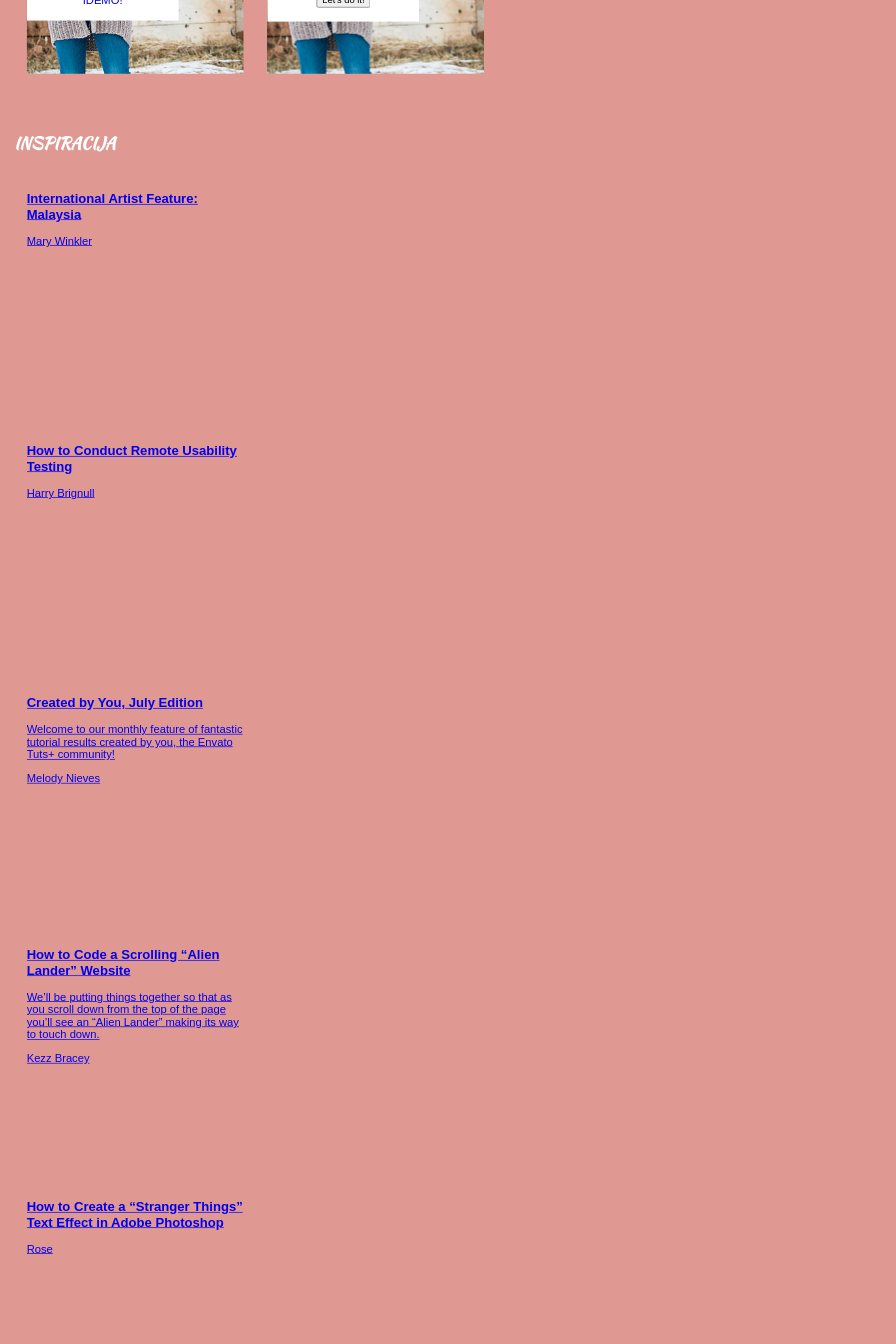
Repository: sdnc/Heklamo
Page: index.html
An editor plug-in stored every save of this project. The page is shown before and after the next save, followed by the edit.
The browser window is 1280 px wide. The pictures show the part of the page from y = 517 to 2437 px (the page is 3323 px tall before and 1394 px after), at 70% of full size.
Pictures or frames that could not be fetched are drawn as grey boxes.

Above is the page before, as saved 2020-12-24 17:01:40.
Console error: ReferenceError: $ is not defined

### index.html
<html>

<head>
  <meta charset="UTF-8" />
  <meta name="viewport" content="width=device-width, initial-scale=1.0" />
  <title>Heklamo</title>
  <link rel="preconnect" href="https://fonts.gstatic.com">
<link href="https://fonts.googleapis.com/css2?family=Kaushan+Script&display=swap" rel="stylesheet">
  <link href="https://maxcdn.bootstrapcdn.com/font-awesome/4.7.0/css/font-awesome.min.css" rel="stylesheet">
  <link rel="stylesheet" href="styles.css" />
  <script src="https://unpkg.com/vue@next" defer></script>
  <script src="app.js" defer></script>
</head>

<body>
  <!--1) -->
  <!--2) -->
  <section id="header">
    <h1 class="title">Hajmo heklati, ženo draga</h1>
  </section>
  <section class="nav">
    <ul>
      <li class="setove"><a href="#">Moje projekte</a></li>
      <li class="inspiracija"><a href="#">Inspiracija</a></li>
      <li class="kupi"><a href="#">Kupi alate</a></li>
    </ul>
  </section>
    <section id="sets" class="divider">
      <h3>MOJE PROJEKTE</h3>
    <div class="card">
      <div class="image">
        <img
          src="img/habitatcardigan.jpg" />
      </div>
      <div class="details">
        <div class="center">
          <h1>The Habitat Cardigan<br><span>Teškoća: 2/5</span></h1>
          <p>Treba ti:</p>
          <a href="#" class="button">IDEMO!</a>
        </div>
      </div>
    </div>

    <div class="card">
      <div class="image">
        <img src="img/habitatcardigan.jpg" />
      </div>
      <div class="details">
        <div class="center">
          <h1>The Habitat Cardigan<br><span>Difficulty: 2/5</span></h1>
          <p>You will need:</p>
          <button>Let's do it!</button>
        </div>
      </div>
    </div>
  </section>

  <section id="inspiration" class="divider">
    <h3>INSPIRACIJA</h3>

    <div class="band">
      <div class="item-1">
        <a href="https://design.tutsplus.com/articles/international-artist-feature-malaysia--cms-26852" class="card">
          <div class="thumb" style="background-image: url(https://s3-us-west-2.amazonaws.com/s.cdpn.io/210284/flex-1.jpg);"></div>
          <article>
            <h1>International Artist Feature: Malaysia</h1>
            <span>Mary Winkler</span>
          </article>
        </a>
      </div>
      <div class="item-2">
        <a href="https://webdesign.tutsplus.com/articles/how-to-conduct-remote-usability-testing--cms-27045" class="card">
          <div class="thumb" style="background-image: url(https://s3-us-west-2.amazonaws.com/s.cdpn.io/210284/users-2.png);"></div>
          <article>
            <h1>How to Conduct Remote Usability Testing</h1>
            <span>Harry Brignull</span>
          </article>
        </a>
      </div>
      <div class="item-3">
        <a href="https://design.tutsplus.com/articles/envato-tuts-community-challenge-created-by-you-july-edition--cms-26724" class="card">
          <div class="thumb" style="background-image: url(https://s3-us-west-2.amazonaws.com/s.cdpn.io/210284/flex-5.jpg);"></div>
          <article>
            <h1>Created by You, July Edition</h1>
            <p>Welcome to our monthly feature of fantastic tutorial results created by you, the Envato Tuts+ community! </p>
            <span>Melody Nieves</span>
          </article>
        </a>
      </div>
      <div class="item-4">
        <a href="https://webdesign.tutsplus.com/tutorials/how-to-code-a-scrolling-alien-lander-website--cms-26826" class="card">
          <div class="thumb" style="background-image: url(https://s3-us-west-2.amazonaws.com/s.cdpn.io/210284/landing.png);"></div>
          <article>
            <h1>How to Code a Scrolling “Alien Lander” Website</h1>
            <p>We’ll be putting things together so that as you scroll down from the top of the page you’ll see an “Alien Lander” making its way to touch down.</p>
            <span>Kezz Bracey</span>
          </article>
        </a>
      </div>
      <div class="item-5">
        <a href="https://design.tutsplus.com/tutorials/stranger-things-inspired-text-effect--cms-27139" class="card">
          <div class="thumb" style="background-image: url(https://s3-us-west-2.amazonaws.com/s.cdpn.io/210284/strange.jpg);"></div>
          <article>
            <h1>How to Create a “Stranger Things” Text Effect in Adobe Photoshop</h1>
            <span>Rose</span>
          </article>
        </a>
      </div>
      <div class="item-6">
        <a href="https://photography.tutsplus.com/articles/5-inspirational-business-portraits-and-how-to-make-your-own--cms-27338" class="card">
          <div class="thumb" style="background-image: url(https://s3-us-west-2.amazonaws.com/s.cdpn.io/210284/flor.jpg);"></div>
          <article>
            <h1>5 Inspirational Business Portraits and How to Make Your Own</h1>

            <span>Marie Gardiner</span>
          </article>
        </a>
      </div>
      <div class="item-7">
        <a href="https://webdesign.tutsplus.com/articles/notes-from-behind-the-firewall-the-state-of-web-design-in-china--cms-22281" class="card">
          <div class="thumb" style="background-image: url(https://s3-us-west-2.amazonaws.com/s.cdpn.io/210284/china.png);"></div>
          <article>
            <h1>Notes From Behind the Firewall: The State of Web Design in China</h1>
            <span>Kendra Schaefer</span>
          </article>
        </a>
      </div>
    </div>

  </section>

  <section id="buy" class="divider">

  </section>

  <script>


  </script>
</body>

</html>

### styles.css
body {
  margin: 0;
  padding: 0;
  font-family: sans-serif;
  background-color: #e09992;
}

.divider {
  margin: 40px 0 30px 20px;
}

.title {
  font-family: "Kaushan Script", sans-serif;
  font-size: 48;
  margin: 20px 0 15px 10px;
  color: white;
  -webkit-text-stroke: 0.2px white;
}

h3 {
  font-family: "Kaushan Script", sans-serif;
  font-size: 24;
  color: white;

}
/* NAV BAR */

.nav ul {
  list-style: none;
  background-color: #444;
  text-align: center;
  padding: 0;
  margin: 0;
}
.nav li {
  font-family: 'Oswald', sans-serif;
}

.nav a {
  text-decoration: none;
  color: #e09992;
  display: block;
  transition: .3s background-color;
}

.nav a:hover {
  background-color: white;
}
/*
.nav a.active {
  background-color: #fff;
  color: #444;
  cursor: default;
} */

@media screen and (min-width: 600px) {
  .nav li {
    width: 120px;
    border-bottom: none;
    height: 50px;
    line-height: 50px;
    font-size: 1.4em;
  }

  /* Option 1 - Display Inline */
  .nav li {
    display: inline-block;
    margin-right: -4px;
  }

/* MY SETS - section */
.card {
  margin: 5px 15px;
  display: inline-block;
  transform: translate(1%,1%);
  width: 310px;
  height: 350px;
}
.image {
  width: 310px;
  height: 350px;
  overflow: hidden;
}
.card .image img {
  width: 100%;
  transition: .5s;
}
.card:hover .image img {
  opacity: .5;
  transform: translateX(30%);/*100%*/
}
.card .details {
  position: absolute;
  top: 0;
  left: 0;
  width: 70%;/*100%*/
  height: 89%;
  background: #7ca9e0;
  transition: .5s;
  transform-origin: left;
  transform: perspective(2000px) rotateY(-90deg);
}
.card:hover .details {
  transform: perspective(2000px) rotateY(0deg);
}
.card .details .center {
  padding: 20px;
  text-align: center;
  background: #fff;
  position: absolute;
  top: 50%;
  transform: translateY(-50%);
}
.card .details .center h1 {
  margin: 0;
  padding: 0;
  color: #435794;
  line-height: 20px;
  font-size: 20px;
  text-transform: uppercase;
  font-family: "Kaushan Script", sans-serif;
}
.card .details .center h1 span {
  font-size: 14px;
  color: #262626;
}
.card .details .center p {
  margin: 10px 0;
  padding: 0;
  color: #262626;
}

.button {
  text-decoration: none;
  border: 1px green;
}

/* INPIRATION SECTION */

### app.js
$('#recipeCarousel').carousel({
    interval: 10000
  })

  $('.carousel .carousel-item').each(function(){
      var minPerSlide = 3;
      var next = $(this).next();
      if (!next.length) {
      next = $(this).siblings(':first');
      }
      next.children(':first-child').clone().appendTo($(this));

      for (var i=0;i<minPerSlide;i++) {
          next=next.next();
          if (!next.length) {
              next = $(this).siblings(':first');
            }

          next.children(':first-child').clone().appendTo($(this));
        }
  });

After the next save:
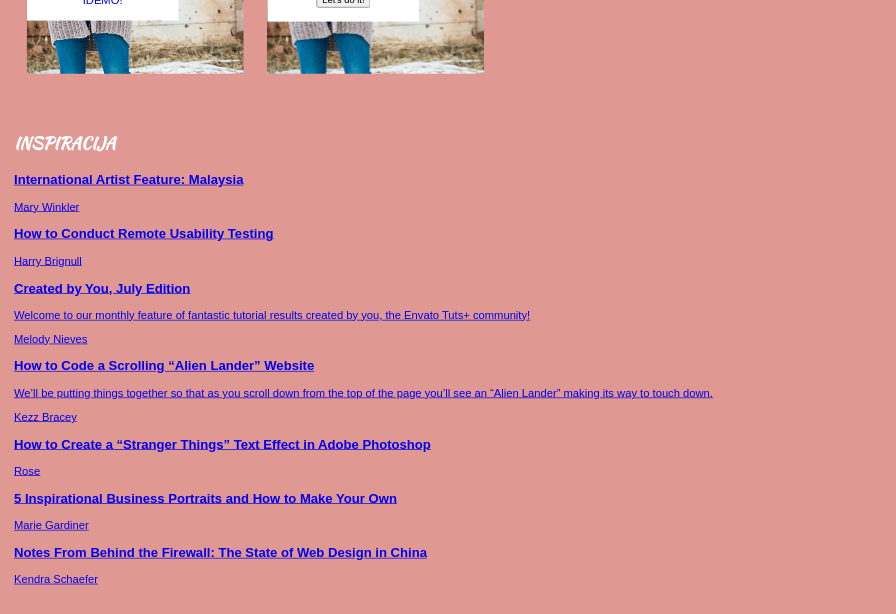
Saved 48 s later.
--- a/index.html
+++ b/index.html
@@ -60,7 +60,7 @@
 
     <div class="band">
       <div class="item-1">
-        <a href="https://design.tutsplus.com/articles/international-artist-feature-malaysia--cms-26852" class="card">
+        <a href="https://design.tutsplus.com/articles/international-artist-feature-malaysia--cms-26852" class="inspocard">
           <div class="thumb" style="background-image: url(https://s3-us-west-2.amazonaws.com/s.cdpn.io/210284/flex-1.jpg);"></div>
           <article>
             <h1>International Artist Feature: Malaysia</h1>
@@ -69,7 +69,7 @@
         </a>
       </div>
       <div class="item-2">
-        <a href="https://webdesign.tutsplus.com/articles/how-to-conduct-remote-usability-testing--cms-27045" class="card">
+        <a href="https://webdesign.tutsplus.com/articles/how-to-conduct-remote-usability-testing--cms-27045" class="inspocard">
           <div class="thumb" style="background-image: url(https://s3-us-west-2.amazonaws.com/s.cdpn.io/210284/users-2.png);"></div>
           <article>
             <h1>How to Conduct Remote Usability Testing</h1>
@@ -78,7 +78,7 @@
         </a>
       </div>
       <div class="item-3">
-        <a href="https://design.tutsplus.com/articles/envato-tuts-community-challenge-created-by-you-july-edition--cms-26724" class="card">
+        <a href="https://design.tutsplus.com/articles/envato-tuts-community-challenge-created-by-you-july-edition--cms-26724" class="inspocard">
           <div class="thumb" style="background-image: url(https://s3-us-west-2.amazonaws.com/s.cdpn.io/210284/flex-5.jpg);"></div>
           <article>
             <h1>Created by You, July Edition</h1>
@@ -88,7 +88,7 @@
         </a>
       </div>
       <div class="item-4">
-        <a href="https://webdesign.tutsplus.com/tutorials/how-to-code-a-scrolling-alien-lander-website--cms-26826" class="card">
+        <a href="https://webdesign.tutsplus.com/tutorials/how-to-code-a-scrolling-alien-lander-website--cms-26826" class="inspocard">
           <div class="thumb" style="background-image: url(https://s3-us-west-2.amazonaws.com/s.cdpn.io/210284/landing.png);"></div>
           <article>
             <h1>How to Code a Scrolling “Alien Lander” Website</h1>
@@ -98,7 +98,7 @@
         </a>
       </div>
       <div class="item-5">
-        <a href="https://design.tutsplus.com/tutorials/stranger-things-inspired-text-effect--cms-27139" class="card">
+        <a href="https://design.tutsplus.com/tutorials/stranger-things-inspired-text-effect--cms-27139" class="inspocard">
           <div class="thumb" style="background-image: url(https://s3-us-west-2.amazonaws.com/s.cdpn.io/210284/strange.jpg);"></div>
           <article>
             <h1>How to Create a “Stranger Things” Text Effect in Adobe Photoshop</h1>
@@ -107,7 +107,7 @@
         </a>
       </div>
       <div class="item-6">
-        <a href="https://photography.tutsplus.com/articles/5-inspirational-business-portraits-and-how-to-make-your-own--cms-27338" class="card">
+        <a href="https://photography.tutsplus.com/articles/5-inspirational-business-portraits-and-how-to-make-your-own--cms-27338" class="inspocard">
           <div class="thumb" style="background-image: url(https://s3-us-west-2.amazonaws.com/s.cdpn.io/210284/flor.jpg);"></div>
           <article>
             <h1>5 Inspirational Business Portraits and How to Make Your Own</h1>
@@ -117,7 +117,7 @@
         </a>
       </div>
       <div class="item-7">
-        <a href="https://webdesign.tutsplus.com/articles/notes-from-behind-the-firewall-the-state-of-web-design-in-china--cms-22281" class="card">
+        <a href="https://webdesign.tutsplus.com/articles/notes-from-behind-the-firewall-the-state-of-web-design-in-china--cms-22281" class="inspocard">
           <div class="thumb" style="background-image: url(https://s3-us-west-2.amazonaws.com/s.cdpn.io/210284/china.png);"></div>
           <article>
             <h1>Notes From Behind the Firewall: The State of Web Design in China</h1>

After the save that followed:
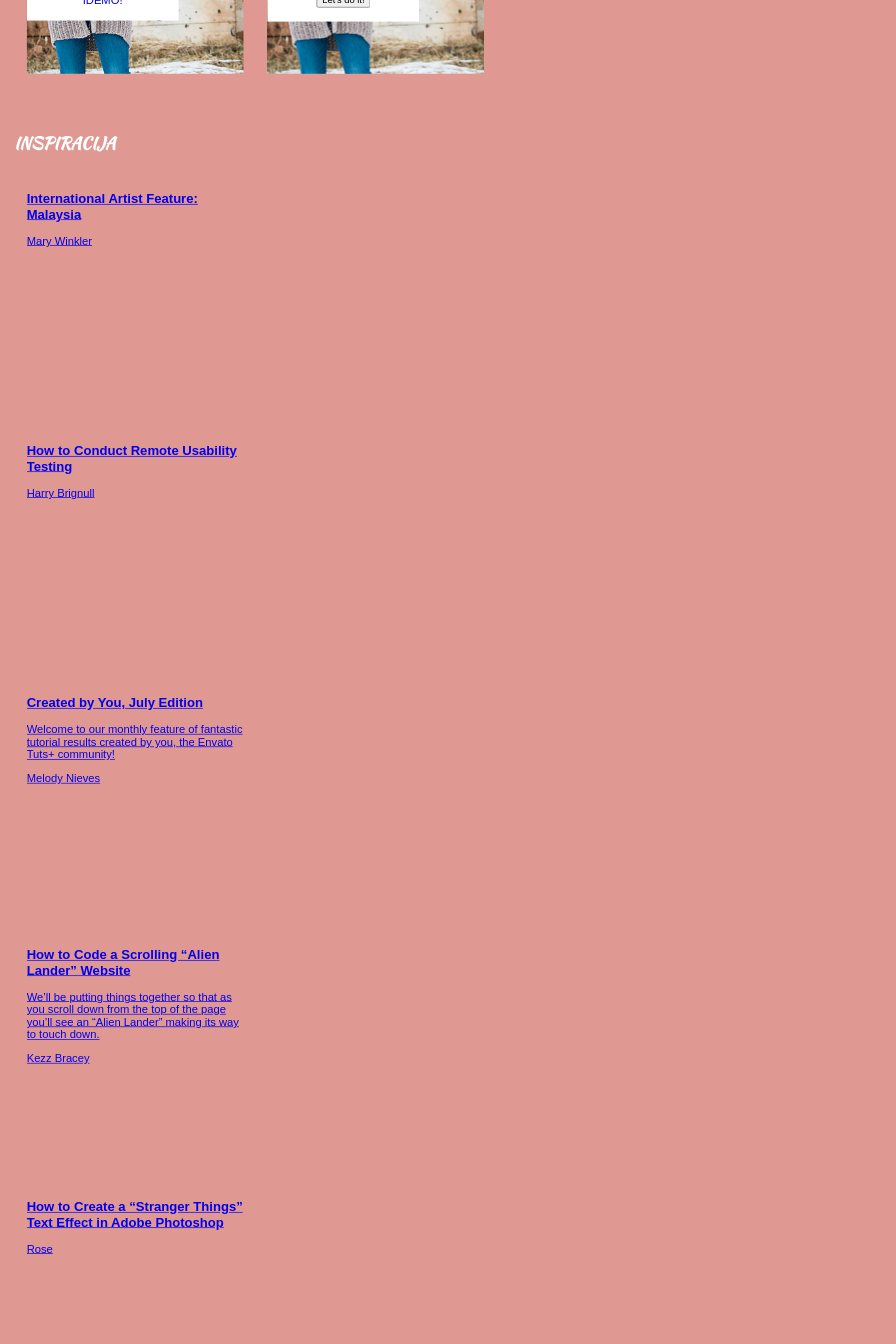
Saved 37 s later.
--- a/index.html
+++ b/index.html
@@ -60,7 +60,7 @@
 
     <div class="band">
       <div class="item-1">
-        <a href="https://design.tutsplus.com/articles/international-artist-feature-malaysia--cms-26852" class="inspocard">
+        <a href="https://design.tutsplus.com/articles/international-artist-feature-malaysia--cms-26852" class="card inspocard">
           <div class="thumb" style="background-image: url(https://s3-us-west-2.amazonaws.com/s.cdpn.io/210284/flex-1.jpg);"></div>
           <article>
             <h1>International Artist Feature: Malaysia</h1>
@@ -69,7 +69,7 @@
         </a>
       </div>
       <div class="item-2">
-        <a href="https://webdesign.tutsplus.com/articles/how-to-conduct-remote-usability-testing--cms-27045" class="inspocard">
+        <a href="https://webdesign.tutsplus.com/articles/how-to-conduct-remote-usability-testing--cms-27045" class="card inspocard">
           <div class="thumb" style="background-image: url(https://s3-us-west-2.amazonaws.com/s.cdpn.io/210284/users-2.png);"></div>
           <article>
             <h1>How to Conduct Remote Usability Testing</h1>
@@ -78,7 +78,7 @@
         </a>
       </div>
       <div class="item-3">
-        <a href="https://design.tutsplus.com/articles/envato-tuts-community-challenge-created-by-you-july-edition--cms-26724" class="inspocard">
+        <a href="https://design.tutsplus.com/articles/envato-tuts-community-challenge-created-by-you-july-edition--cms-26724" class="card inspocard">
           <div class="thumb" style="background-image: url(https://s3-us-west-2.amazonaws.com/s.cdpn.io/210284/flex-5.jpg);"></div>
           <article>
             <h1>Created by You, July Edition</h1>
@@ -88,7 +88,7 @@
         </a>
       </div>
       <div class="item-4">
-        <a href="https://webdesign.tutsplus.com/tutorials/how-to-code-a-scrolling-alien-lander-website--cms-26826" class="inspocard">
+        <a href="https://webdesign.tutsplus.com/tutorials/how-to-code-a-scrolling-alien-lander-website--cms-26826" class="card inspocard">
           <div class="thumb" style="background-image: url(https://s3-us-west-2.amazonaws.com/s.cdpn.io/210284/landing.png);"></div>
           <article>
             <h1>How to Code a Scrolling “Alien Lander” Website</h1>
@@ -98,7 +98,7 @@
         </a>
       </div>
       <div class="item-5">
-        <a href="https://design.tutsplus.com/tutorials/stranger-things-inspired-text-effect--cms-27139" class="inspocard">
+        <a href="https://design.tutsplus.com/tutorials/stranger-things-inspired-text-effect--cms-27139" class="card inspocard">
           <div class="thumb" style="background-image: url(https://s3-us-west-2.amazonaws.com/s.cdpn.io/210284/strange.jpg);"></div>
           <article>
             <h1>How to Create a “Stranger Things” Text Effect in Adobe Photoshop</h1>
@@ -107,7 +107,7 @@
         </a>
       </div>
       <div class="item-6">
-        <a href="https://photography.tutsplus.com/articles/5-inspirational-business-portraits-and-how-to-make-your-own--cms-27338" class="inspocard">
+        <a href="https://photography.tutsplus.com/articles/5-inspirational-business-portraits-and-how-to-make-your-own--cms-27338" class="card inspocard">
           <div class="thumb" style="background-image: url(https://s3-us-west-2.amazonaws.com/s.cdpn.io/210284/flor.jpg);"></div>
           <article>
             <h1>5 Inspirational Business Portraits and How to Make Your Own</h1>
@@ -117,7 +117,7 @@
         </a>
       </div>
       <div class="item-7">
-        <a href="https://webdesign.tutsplus.com/articles/notes-from-behind-the-firewall-the-state-of-web-design-in-china--cms-22281" class="inspocard">
+        <a href="https://webdesign.tutsplus.com/articles/notes-from-behind-the-firewall-the-state-of-web-design-in-china--cms-22281" class="card inspocard">
           <div class="thumb" style="background-image: url(https://s3-us-west-2.amazonaws.com/s.cdpn.io/210284/china.png);"></div>
           <article>
             <h1>Notes From Behind the Firewall: The State of Web Design in China</h1>
